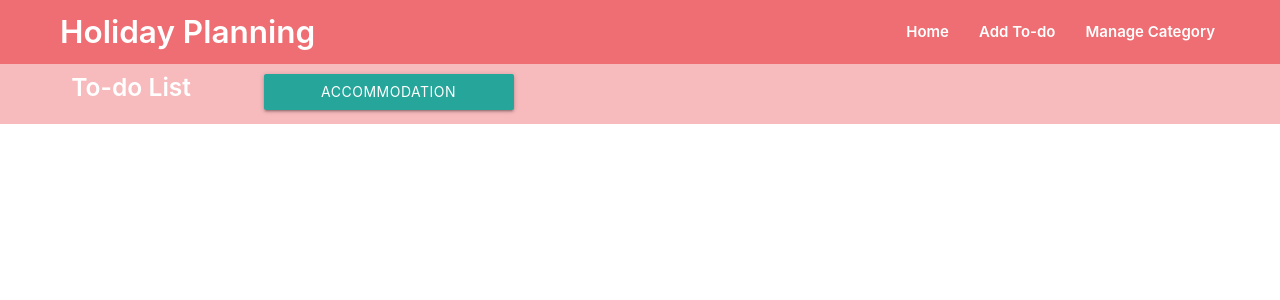
Repository: Code-Institute-Submissions/Project3-Holiday_Planning
Page: http://localhost/?category=Accommodation
The author's editor kept a record of every edit. The page is drawn from the files as they stood at one moment, then again after the next edit.
The browser window is 1280 px wide. The pictures show the whole page.
The page is served by the project's application, run on Flask 3 (app.py). Queries for data that is not in the repository find no rows.

Above is the page before.

After the next edit:
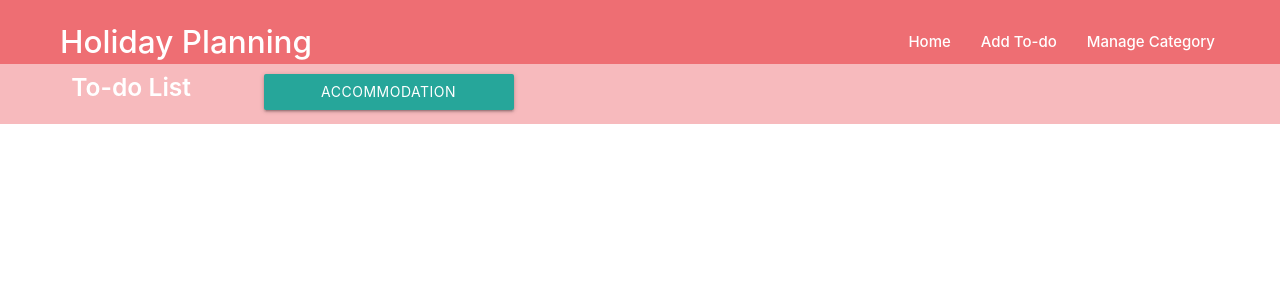
The edit:
--- a/static/css/style.css
+++ b/static/css/style.css
@@ -1,4 +1,10 @@
-.nav-wrapper,
+.nav-wrapper{
+    padding: 10px 50px 10px 60px;
+    color: white;
+    font-weight: 500;
+}
+
+
 h5{
     margin: 0px;
     padding:0px 50px 0px 60px;
